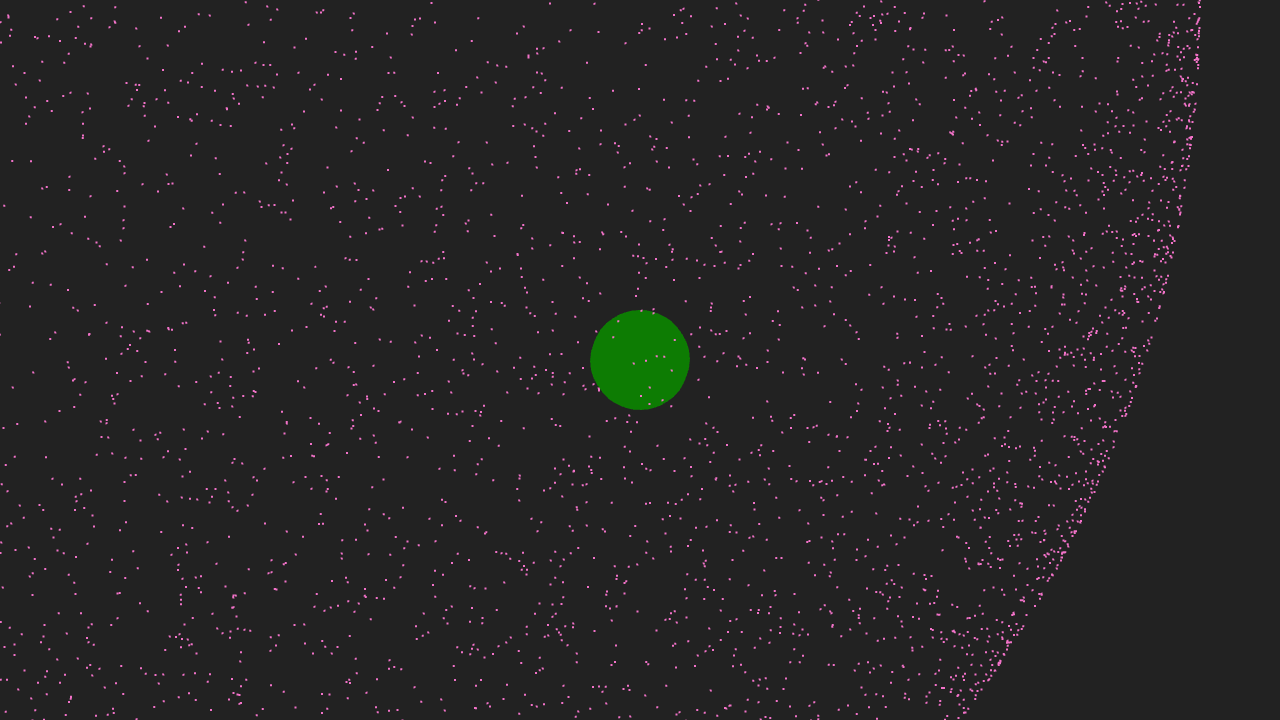
Repository: ZakariaZhlat125/multiple3dWindow
Page: index.html
The author's editor kept a copy of each file at every save. The page is drawn from the files as they stood at one save, then again after the next save.
The browser window is 1280 px wide. The pictures show the whole page.

Above is the page before, as saved 2023-12-03 22:43:03.

After the next save:
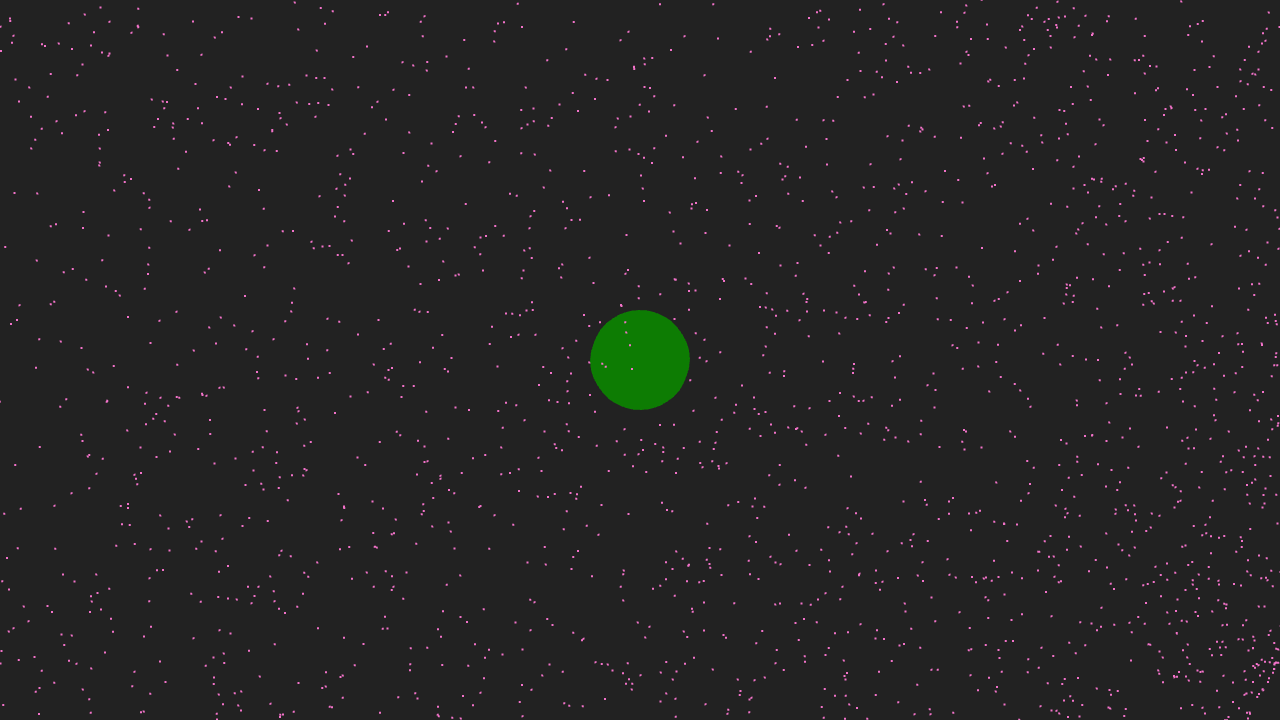
Saved 7 s later.
--- a/main.js
+++ b/main.js
@@ -186,7 +186,7 @@ if (new URLSearchParams(window.location.search).get("clear")) {
 
   function createStars() {
     const sphere = new Float32Array(60000);
-    const { radius } = { radius: 1200 };
+    const { radius } = { radius: 1440 };
 
     for (let i = 0; i < sphere.length; i += 3) {
       const [x, y, z] = randomInSphere(radius);
